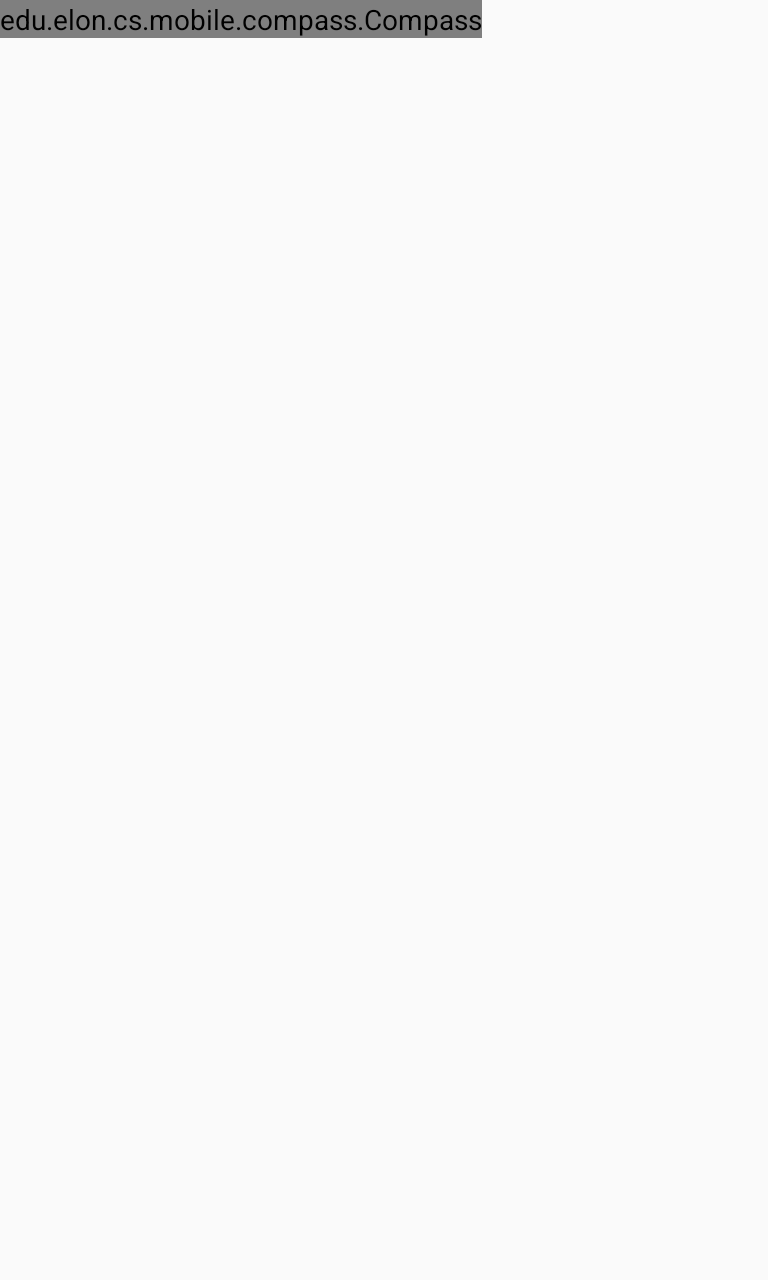
Repository: cryder3/csc303
Layout: Compass/res/layout/activity_main.xml
The author's editor kept a copy of each file at every save. The layout is drawn from the files as they stood at one save, then again after the next save.
Pictures or frames that could not be fetched are drawn as grey boxes. It is drawn on a 768 x 1280 px phone screen (xhdpi) without system bars, with theme AppTheme; the app's code is not run.

Above is the layout before, as saved 2014-09-09 15:48:47.

### Compass/res/layout/activity_main.xml
<RelativeLayout xmlns:android="http://schemas.android.com/apk/res/android"
    xmlns:tools="http://schemas.android.com/tools"
    android:layout_width="match_parent"
    android:layout_height="match_parent"
    tools:context="${relativePackage}.${activityClass}" >

    <edu.elon.cs.mobile.compass.Compass
        android:id="@+id/compass"
        android:layout_width="wrap_content"
        android:layout_height="wrap_content"
        android:text="@drawable/compass" />

</RelativeLayout>

Loaded but not shown: Compass/res/values/styles.xml (common file); Compass/res/values-v11/styles.xml (common file); Compass/res/values-v14/styles.xml (common file)

After the next save:
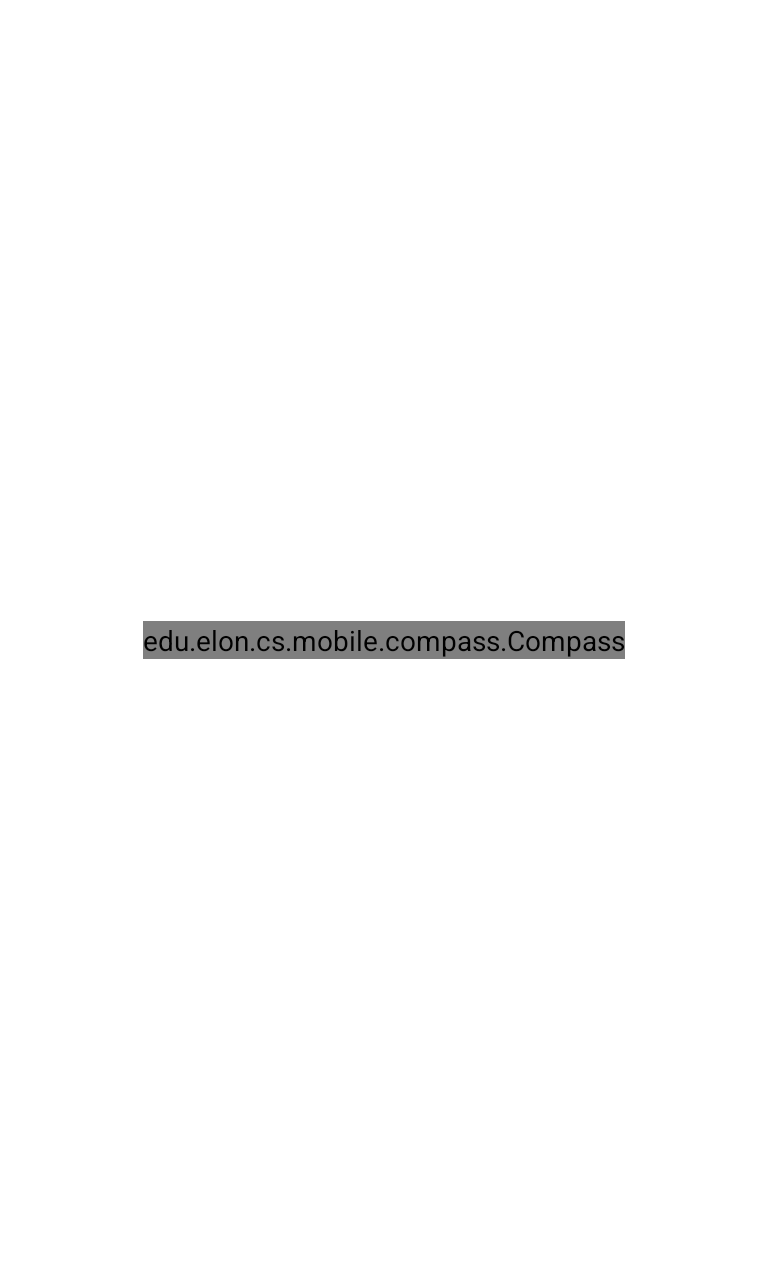
Saved 3 min 14 s later.
--- a/Compass/res/layout/activity_main.xml
+++ b/Compass/res/layout/activity_main.xml
@@ -2,6 +2,8 @@
     xmlns:tools="http://schemas.android.com/tools"
     android:layout_width="match_parent"
     android:layout_height="match_parent"
+    android:gravity="center"
+    android:background="#FFFFFF"
     tools:context="${relativePackage}.${activityClass}" >
 
     <edu.elon.cs.mobile.compass.Compass
